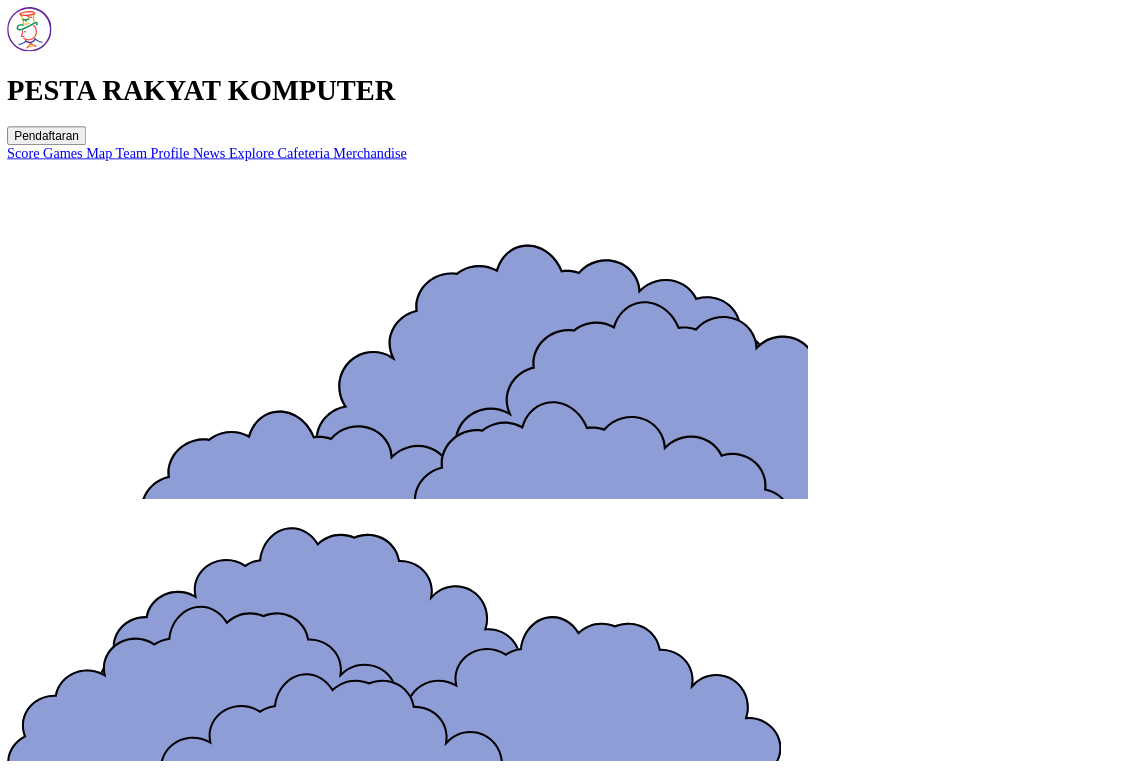
Repository: risalstrr/RegistPerak
Page: /
An editor plug-in stored every save of this project. The page is shown before and after the next save, followed by the edit.
The browser window is 1280 px wide. The pictures show the whole page, at 89% of full size.
The project was rebuilt for these pictures with package versions that can differ from the ones it lists, and the page was loaded fresh each time. The framework's server and built-in components were replaced by stand-ins that run in the browser. Also part of the build but not shown: next.config.js.

Above is the page before, as saved 2021-12-29 19:08:23.

### pages/index.js
import Head from 'next/head'
import Image from 'next/image'
import { useState } from 'react'
// import styles from '../styles/Home.module.css'

export default function Home() {
    const [isMobile, setIsMobile] = useState(false)
    return ( <
        div className = "bg-[#EBC761] w-full min-h-screen" >
        <
        Head >
        <
        title > Homepage Pendaftaran < /title> <
        /Head> <
        div className = 'z-10 flex flex-col lg:flex-row bg-[#F1D78E]' >
        <
        div className = 'bg-[#F1D78E] border-b lg:border-b-0 flex items-center justify-between' >
        <
        div className = 'flex items-center' >
        <
        div className = 'relative pt-2 pl-2' >
        <
        Image src = "/logoPerak.svg"
        width = { 50 }
        height = { 50 }
        alt = "logoPerak" /
        >
        <
        /div> <
        div className = 'text-sm md: pl-3 font-bold font-sans' >
        <
        h1 > PESTA RAKYAT KOMPUTER < /h1> <
        /div> <
        /div> <
        div className = 'pr-5 block lg:hidden' >
        <
        button className = 'font-bold font-sans'
        onClick = {
            () => setIsMobile(true) } > Pendaftaran < /button> <
        /div> <
        /div> <
        div className = 'lg:flex flex-col lg:flex-row justify-end bg-[#F1D78E] w-full py-4 lg:py-0 hidden md:hidden' >
        <
        div className = ' flex flex-col lg:flex-row' >
        <
        a href = "#"
        className = 'block px-4 py-3 lg:py-4 text-sm font-bold font-sans ' > Score < /a> <
        a href = "#"
        className = 'block px-4 py-3 lg:py-4 text-sm font-bold font-sans' > Games Map < /a> <
        a href = "#"
        className = 'block px-4 py-3 lg:py-4 text-sm font-bold font-sans' > Team Profile < /a> <
        a href = "#"
        className = 'block px-4 py-3 lg:py-4 text-sm font-bold font-sans' > News < /a> <
        a href = "#"
        className = 'block px-4 py-3 lg:py-4 text-sm font-bold font-sans' > Explore Cafeteria < /a> <
        a href = "#"
        className = 'block px-4 py-3 lg:py-4 text-sm font-bold font-sans' > Merchandise < /a> <
        /div> <
        /div> <
        /div>

        {
            /* <div className='absolute top-40 right-80'>
                    <Image
                      src="/kuning.svg"
                      width = {330}
                      height = {300}
                      alt = "kuning"
                    />
                  </div> */
        } <
        div className = 'hidden lg:block lg:absolute -bottom-14 right-0' >
        <
        Image src = "/rightcloud.svg"
        width = { 900 }
        height = { 380 }
        alt = "biru" /
        >

        <
        /div> <
        div className = 'hidden lg:block lg:absolute -bottom-14 -left-6' >
        <
        Image src = "/leftcloud.svg"
        width = { 870 }
        height = { 290 }
        alt = "biru" /
        >

        <
        /div> <
        /div>
    )
}

After the next save:
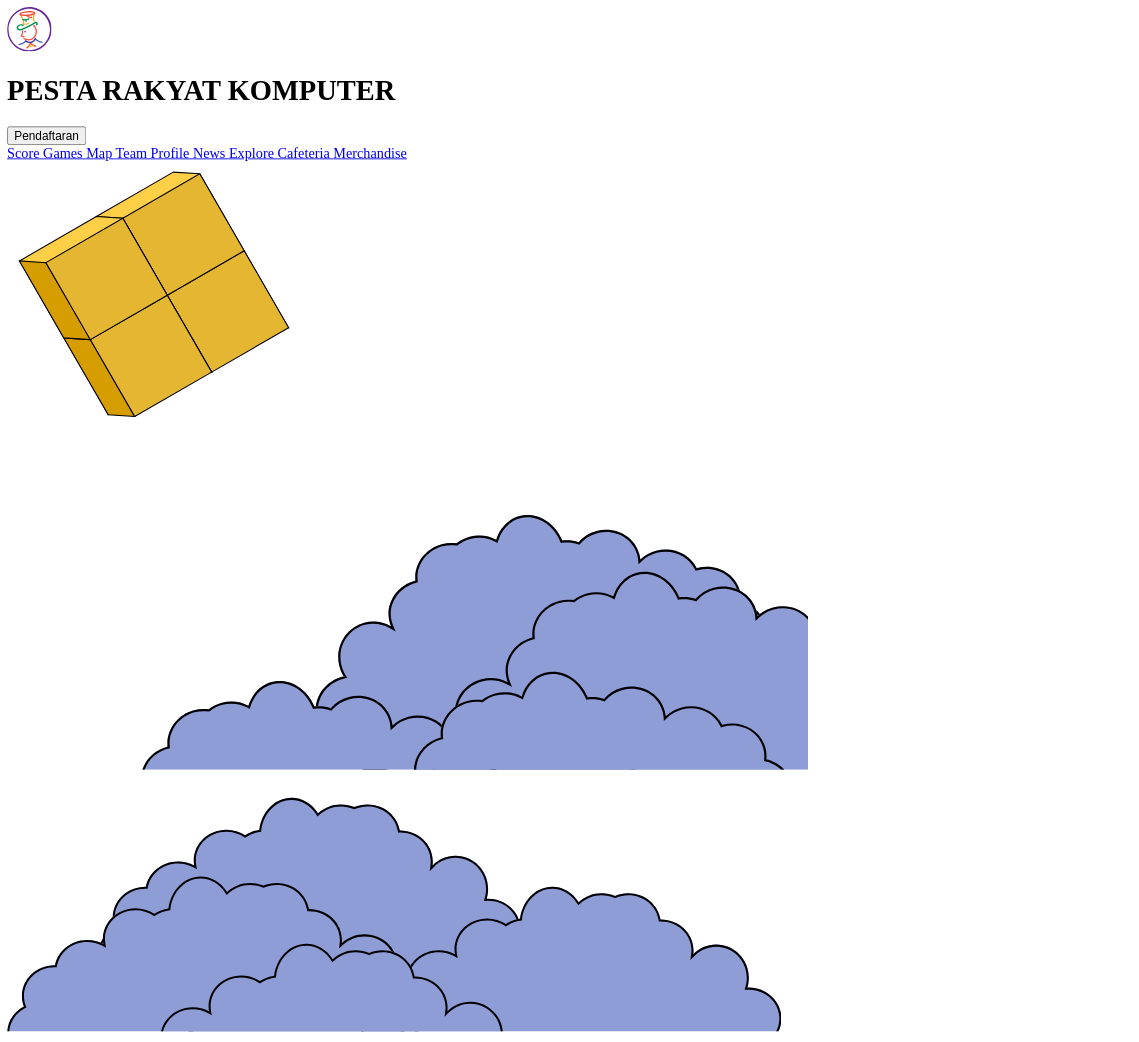
Saved 2 min 22 s later.
--- a/pages/index.js
+++ b/pages/index.js
@@ -59,22 +59,22 @@ export default function Home() {
         /div> <
         /div>
 
-        {
-            /* <div className='absolute top-40 right-80'>
-                    <Image
-                      src="/kuning.svg"
-                      width = {330}
-                      height = {300}
-                      alt = "kuning"
-                    />
-                  </div> */
-        } <
+        <
+        div className = 'absolute top-40 right-80' >
+        <
+        Image src = "/kuning.svg"
+        width = { 330 }
+        height = { 300 }
+        alt = "kuning" /
+        >
+        <
+        /div> <
         div className = 'hidden lg:block lg:absolute -bottom-14 right-0' >
         <
         Image src = "/rightcloud.svg"
         width = { 900 }
         height = { 380 }
-        alt = "biru" /
+        alt = "cloud" /
         >
 
         <
@@ -84,7 +84,7 @@ export default function Home() {
         Image src = "/leftcloud.svg"
         width = { 870 }
         height = { 290 }
-        alt = "biru" /
+        alt = "cloud" /
         >
 
         <
